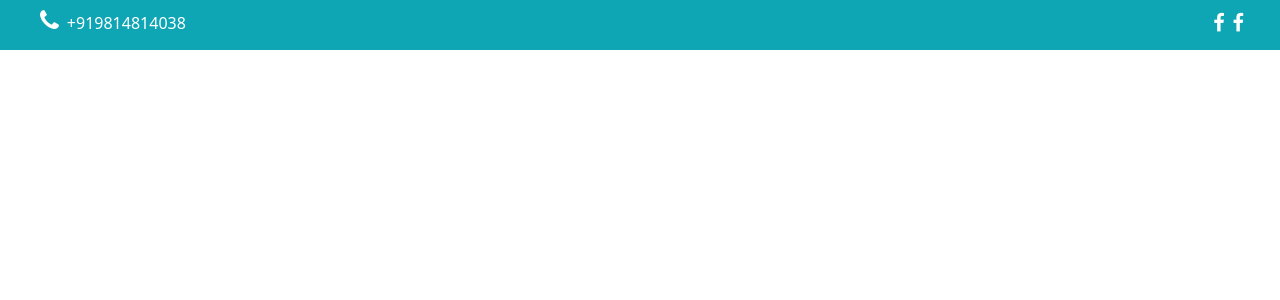
Repository: Reshu70/dental
Page: css/index.html
The author's editor kept a copy of each file at every save. The page is drawn from the files as they stood at one save, then again after the next save.
The browser window is 1280 px wide. The pictures show the whole page.

Above is the page before, as saved 2024-06-05 15:41:14.

### css/index.html
<!doctype html>
<html lang="en">
  <head>
    <!-- Required meta tags -->
    <meta charset="utf-8">
    <meta name="viewport" content="width=device-width, initial-scale=1">

    <!-- Bootstrap CSS -->
    <link href="https://cdn.jsdelivr.net/npm/bootstrap@5.0.2/dist/css/bootstrap.min.css" rel="stylesheet" integrity="sha384-EVSTQN3/azprG1Anm3QDgpJLIm9Nao0Yz1ztcQTwFspd3yD65VohhpuuCOmLASjC" crossorigin="anonymous">

    <title>Hello, world!</title>

   <!-- icon libaray -->

   <link rel="stylesheet" href="https://cdnjs.cloudflare.com/ajax/libs/font-awesome/4.7.0/css/font-awesome.min.css">

<style>
    /*topnav css*/
    .topnav a.split {
        float: right;
        color: white;
        }

</style>


  </head>
  <body>
   <div class="container-fluid">
    <div class="row text-white" style="height: 50px; background-color:rgb(14,166,180)">
        <div class="col-md-12 col-sm-12">
          <div class="topnav" style="padding-left: 20px; padding-right:20px;">
            <a
                      ><i class="mt-2 m-2 fa fa-phone" style="font-size: 24px"></i
                      >+919814814038</a
                    >
            <a href="#">
            <a href="#about" class="split m-1 pt-2"><i class="fa fa-facebook-f" style="font-size:20px;color:white;"></i></a></a>
            <a href="#about" class="split m-1 pt-2"><i class="fa fa-facebook-f" style="font-size:20px;color:white;"></i></a></a>
            </div>
        </div>
      </div>
   </div> <!--main container-->

    <!-- Optional JavaScript; choose one of the two! -->

    <!-- Option 1: Bootstrap Bundle with Popper -->
    <script src="https://cdn.jsdelivr.net/npm/bootstrap@5.0.2/dist/js/bootstrap.bundle.min.js" integrity="sha384-MrcW6ZMFYlzcLA8Nl+NtUVF0sA7MsXsP1UyJoMp4YLEuNSfAP+JcXn/tWtIaxVXM" crossorigin="anonymous"></script>

    <!-- Option 2: Separate Popper and Bootstrap JS -->
    <!--
    <script src="https://cdn.jsdelivr.net/npm/@popperjs/core@2.9.2/dist/umd/popper.min.js" integrity="sha384-IQsoLXl5PILFhosVNubq5LC7Qb9DXgDA9i+tQ8Zj3iwWAwPtgFTxbJ8NT4GN1R8p" crossorigin="anonymous"></script>
    <script src="https://cdn.jsdelivr.net/npm/bootstrap@5.0.2/dist/js/bootstrap.min.js" integrity="sha384-cVKIPhGWiC2Al4u+LWgxfKTRIcfu0JTxR+EQDz/bgldoEyl4H0zUF0QKbrJ0EcQF" crossorigin="anonymous"></script>
    -->
  </body>
</html>

After the next save:
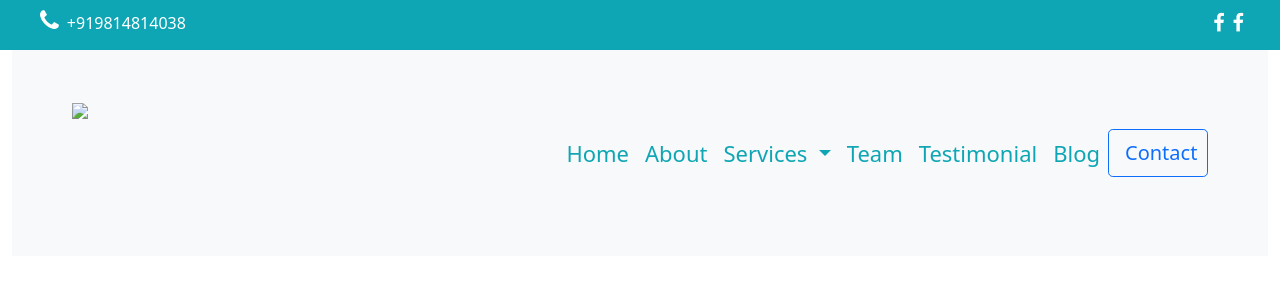
Not found: css/images/Untitled-design-3.jpg
Saved 108 s later.
--- a/css/index.html
+++ b/css/index.html
@@ -27,6 +27,9 @@
   </head>
   <body>
    <div class="container-fluid">
+
+    <!--topnav bar-->
+
     <div class="row text-white" style="height: 50px; background-color:rgb(14,166,180)">
         <div class="col-md-12 col-sm-12">
           <div class="topnav" style="padding-left: 20px; padding-right:20px;">
@@ -40,6 +43,53 @@
             </div>
         </div>
       </div>
+<!--nav bar-->
+
+   <nav class="navbar navbar-expand-lg navbar-light bg-light p-5" style="background-color: rgb(255,255,255);">
+        <div class="container-fluid">
+            <a class="navbar-brand" href="#">
+                <img src="images/Untitled-design-3.jpg" class="img-fluid text-center mx-auto d-block" style="height: 100px;">
+              </a>
+          <button class="navbar-toggler" type="button" data-bs-toggle="collapse" data-bs-target="#navbarSupportedContent" aria-controls="navbarSupportedContent" aria-expanded="false" aria-label="Toggle navigation">
+            <span class="navbar-toggler-icon"></span>
+          </button>
+          <div class="collapse navbar-collapse" id="navbarSupportedContent">
+            <ul class="navbar-nav ms-auto mb-2 mb-lg-0">
+              <li class="nav-item">
+                <a class="nav-link active" aria-current="page" href="index.html" style="font-size: 22px; color:rgb(14,166,180)">Home</a>
+              </li>
+              <li class="nav-item">
+                <a class="nav-link" href="about.html" style="font-size: 22px; color:rgb(14,166,180);">About</a>
+              </li>
+              <li class="nav-item dropdown">
+                <a class="nav-link dropdown-toggle" href="service.html" id="navbarDropdown" role="button" data-bs-toggle="dropdown" aria-expanded="false" style="font-size: 22px; color:rgb(14,166,180);">
+                  Services
+                </a>
+                <ul class="dropdown-menu" aria-labelledby="navbarDropdown">
+                  <li><a class="dropdown-item" href="servicepage1.html">Root Canal Treatment</a></li>
+                  <li><a class="dropdown-item" href="servicepage2.html"></a>Aliner Campers </li>
+                  <li><hr class="dropdown-divider"></li>
+                  <li><a class="dropdown-item" href="servicepage3.html">Dental Implants</a></li>
+                  <li><a class="dropdown-item" href="servicepage4.html">Wires and Braces</a></li>
+                </ul>
+              </li>
+              <li class="nav-item">
+                <a class="nav-link" href="team.html" style="font-size: 22px; color:rgb(14,166,180);">Team</a>
+              </li>
+              <li class="nav-item">
+                <a class="nav-link" href="testimoniales.html" style="font-size: 22px; color:rgb(14,166,180);">Testimonial</a>
+              </li>
+              <li class="nav-item">
+                <a class="nav-link" href="blog.html" style="font-size: 22px; color:rgb(14,166,180);">Blog</a>
+              </li>
+    <a href="contact.html"><button type="button" class="btn btn-lg btn-outline-primary" style="width: 100px;" >Contact</button></a>
+            </ul>
+          </div>
+        </div>
+      </nav>
+
+
+
    </div> <!--main container-->
 
     <!-- Optional JavaScript; choose one of the two! -->
